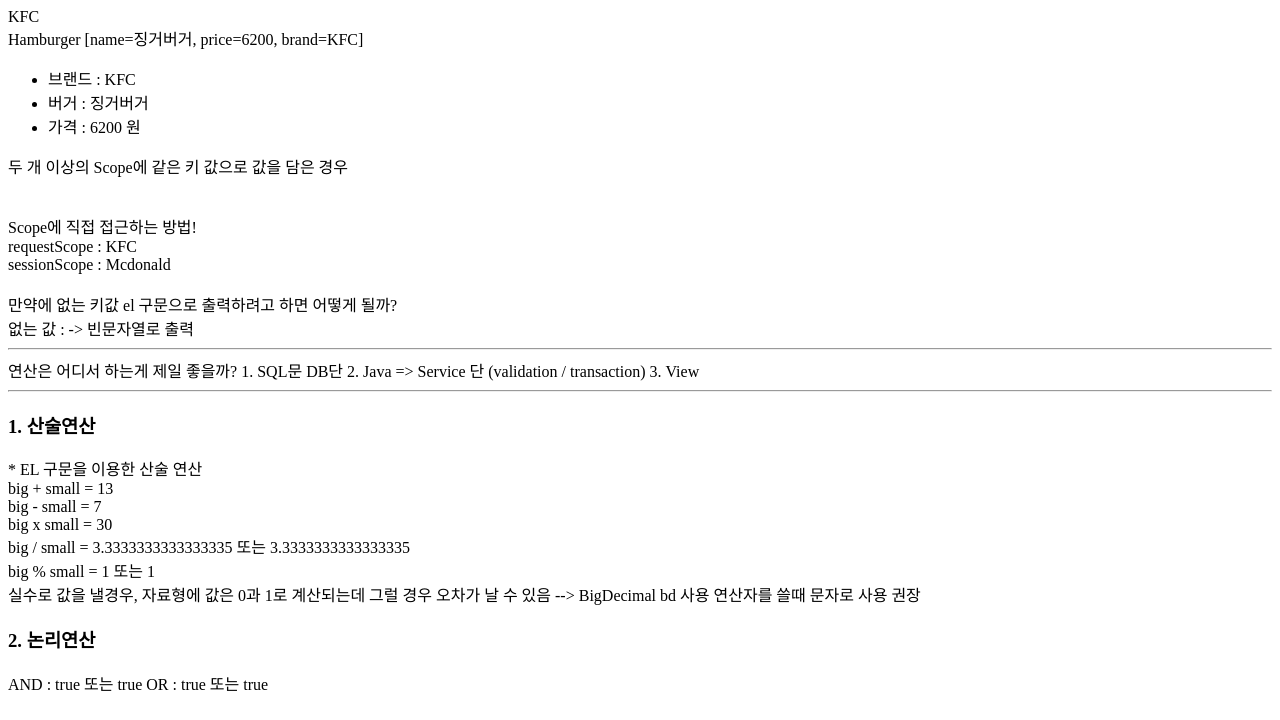
Repository: parkjin-sol/web-workplace
Page: http://localhost/McdonaldProject/sc
An editor plug-in stored every save of this project. The page is shown before and after the next save, followed by the edit.
The browser window is 1280 px wide. The pictures show the whole page.
The page is served by Tomcat 9.

Above is the page before, as saved 2025-03-11 02:02:25.

After the next save:
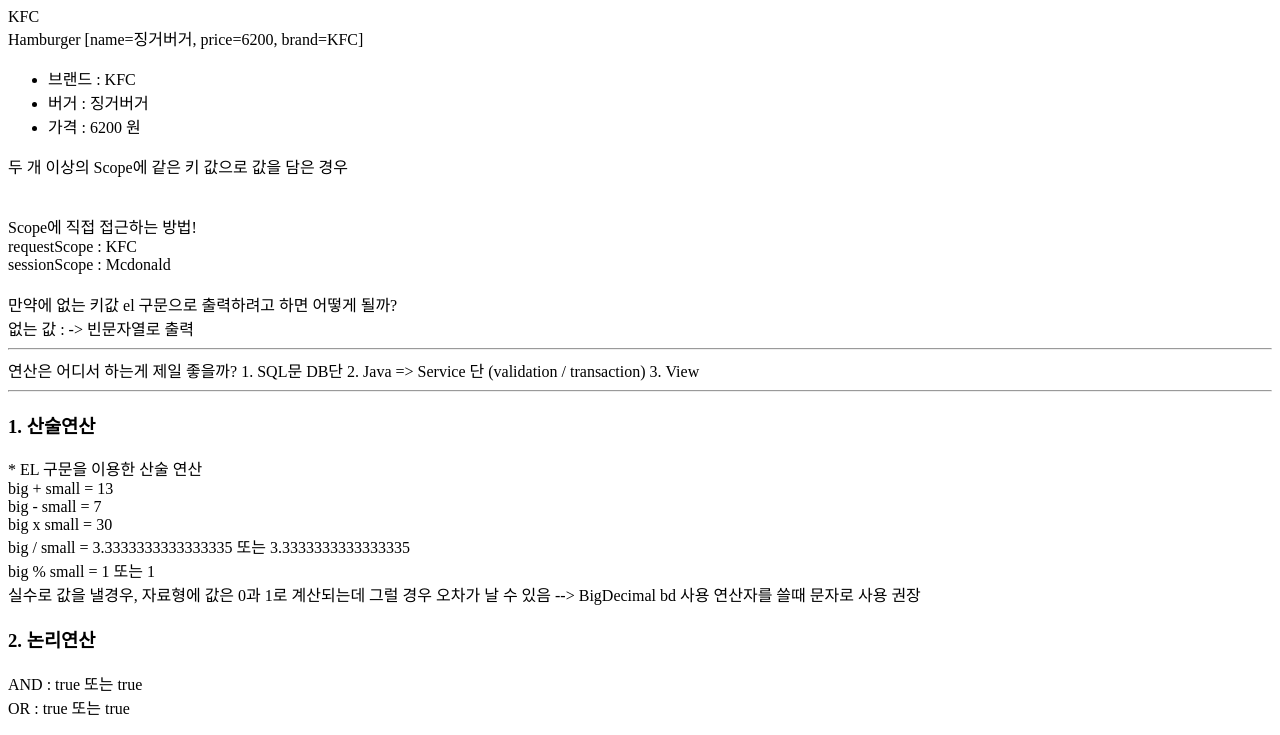
Saved 7 s later.
--- a/McdonaldProject/src/main/webapp/WEB-INF/views/print.jsp
+++ b/McdonaldProject/src/main/webapp/WEB-INF/views/print.jsp
@@ -63,7 +63,7 @@
 
 	 <h3>2. 논리연산</h3>
 	 <p>
-	 	AND : ${ true && true } 또는 ${ true and true }
+	 	AND : ${ true && true } 또는 ${ true and true } <br>
 	 	OR  : ${ true || true } 또는 ${ true or true }
 	 </p>
 
